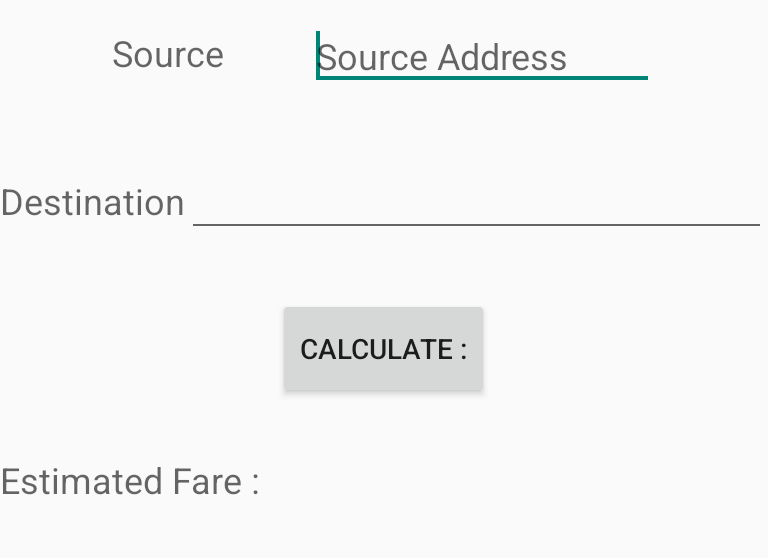
Repository: cravindra/autofareprototype
Layout: AutoFarePrototype/res/layout/activity_main.xml
An editor plug-in stored every save of this project. The layout is shown before and after the next save, followed by the edit.
The pictures show rows 722 to 1280 of an output 1280 px tall.
It is drawn on a 768 x 1280 px phone screen (xhdpi) without system bars, with theme AppTheme; the app's code is not run.

Above is the layout before, as saved 2014-07-16 13:25:20.

After the next save:
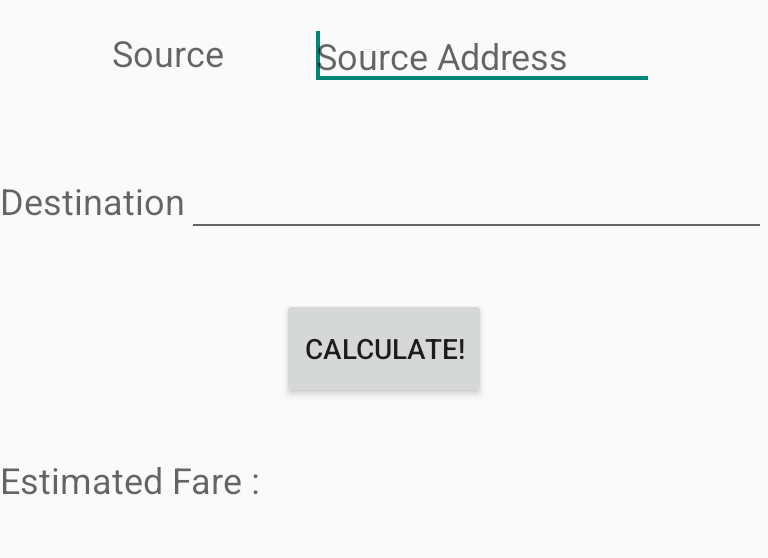
Saved 10 s later.
--- a/AutoFarePrototype/res/values/strings.xml
+++ b/AutoFarePrototype/res/values/strings.xml
@@ -6,7 +6,7 @@
     <string name="action_settings">Settings</string>
     <string name="src_string">Source</string>
     <string name="dest_string">Destination</string>
-    <string name="send_button_string">Calculate :</string>
+    <string name="send_button_string">Calculate!</string>
     <string name="est_fare">Estimated Fare :</string>
 
 
